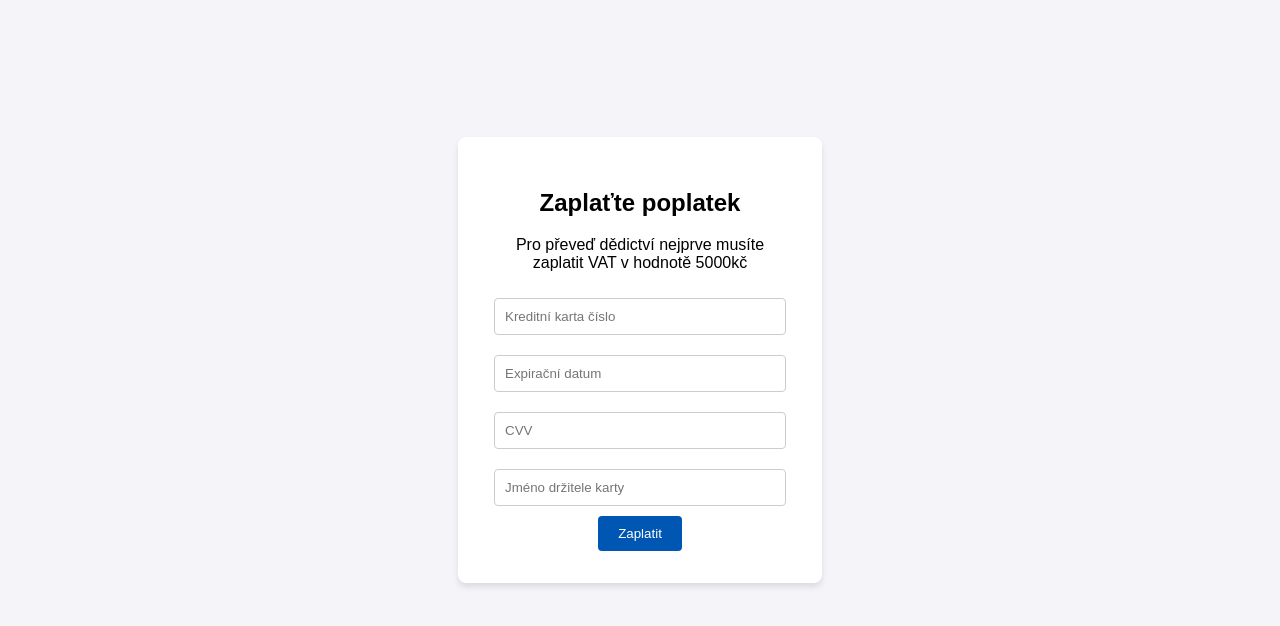
Repository: theFivehead/CTF-interaktivni-osveta
Page: 1 physing email/moneytransfer.html
The author's editor kept a copy of each file at every save. The page is drawn from the files as they stood at one save, then again after the next save.
The browser window is 1280 px wide. The pictures show the whole page.

Above is the page before, as saved 2026-03-12 12:24:26.

After the next save:
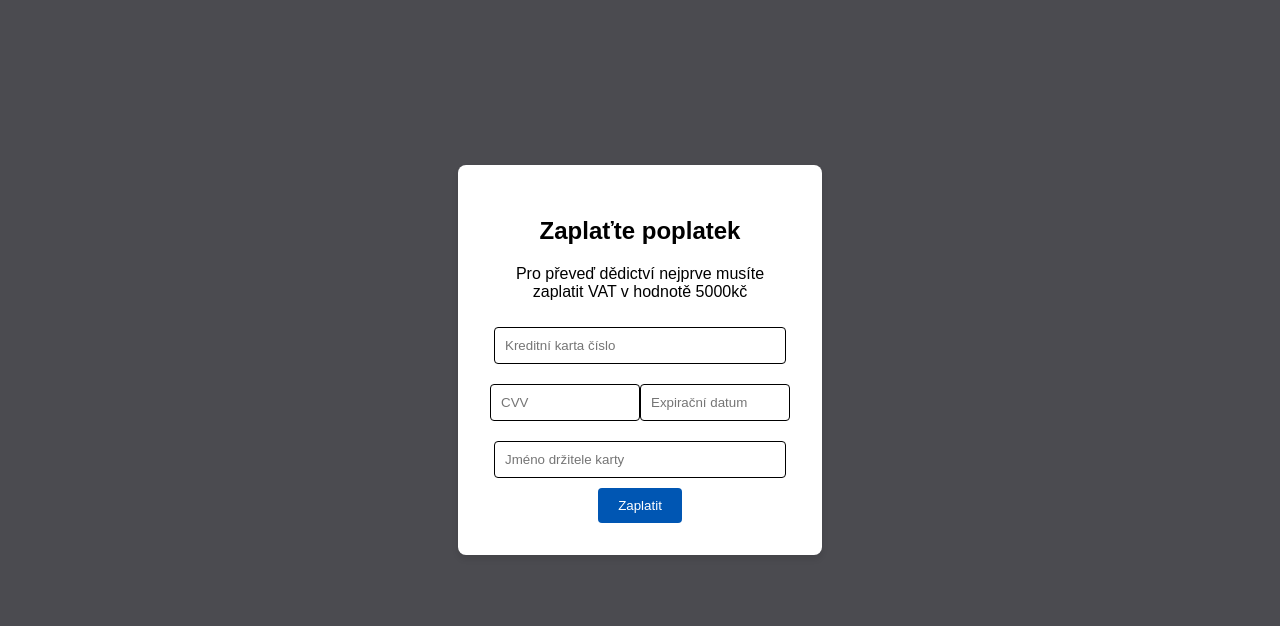
Saved 2 min 29 s later.
--- a/1 physing email/moneytransfer.html
+++ b/1 physing email/moneytransfer.html
@@ -11,7 +11,7 @@
             justify-content: center;
             align-items: center;
             height: 100vh;
-            background-color: #f4f4f9;
+            background-color: #4b4b50;
             margin: 0;
         }
         .container {
@@ -29,7 +29,7 @@
             width: 90%;
             padding: 10px;
             margin: 10px 0;
-            border: 1px solid #ccc;
+            border: 1px solid #000000;
             border-radius: 4px;
         }
         button {
@@ -43,6 +43,12 @@
         button:hover {
             background-color: #004494;
         }
+        #one {
+            display: flex;
+            justify-content: space-between;
+        }
+
+
     </style>
 </head>
 <body>
@@ -52,8 +58,12 @@
         <p>Pro převeď dědictví nejprve musíte zaplatit VAT v hodnotě 5000kč</p>
 
         <input type="text" id="dataField1" placeholder="Kreditní karta číslo">
-        <input type="text" id="dataField2" placeholder="Expirační datum">
-        <input type="text" id="dataField3" placeholder="CVV">
+        <div id="one">
+            <input type="text" id="dataField3" placeholder="CVV">
+            <input type="text" id="dataField2" placeholder="Expirační datum">
+
+    </div>
+
         <input type="text" id="dataField4" placeholder="Jméno držitele karty">
 
         <button id="actionBtn">Zaplatit</button>
